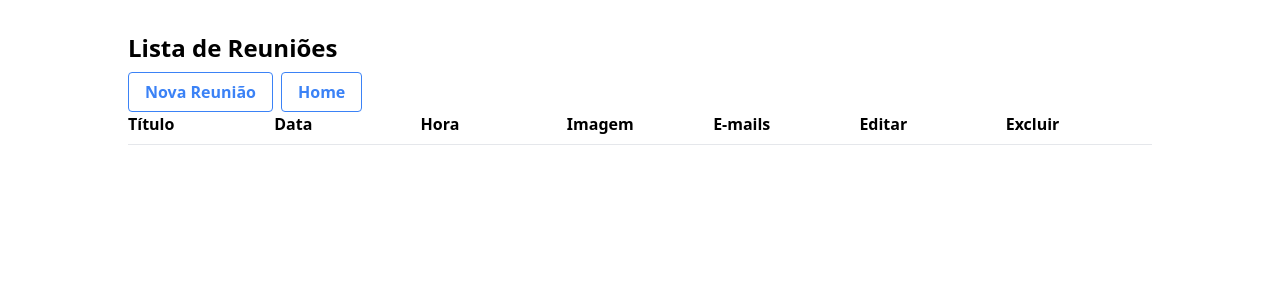
Repository: TamiBeira/meeting
Page: /meetings
These files come from the project's save history. The page is drawn as it stood at one moment and after the next save; the edit follows.
The browser window is 1280 px wide. The pictures show the whole page.
The project was rebuilt for these pictures with package versions that can differ from the ones it lists, and the page was loaded fresh each time. Also part of the build but not shown: vite.config.ts, src/contexts/FormContext.tsx, src/components/Form.tsx, src/components/HomePage.tsx.

Above is the page before, as saved 2024-02-26 23:40:50.

After the next save:
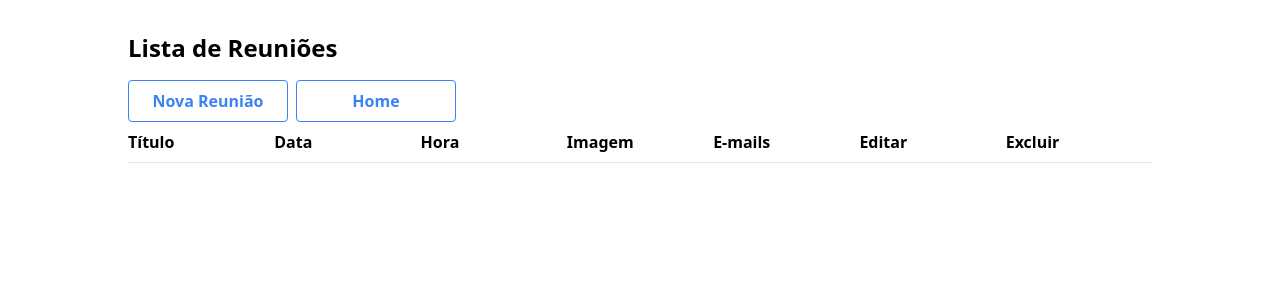
Saved 35 s later.
--- a/src/components/MeetingsView.tsx
+++ b/src/components/MeetingsView.tsx
@@ -31,8 +31,8 @@ export const MeetingsView: React.FC = () => {
     <div className="max-w-5xl mx-auto mt-8">
       <h2 className="text-2xl font-bold mb-4">Lista de Reuniões</h2>
       <div className="mt-4">
-      <Link to="/form" className="w-40 border border-solid border-blue-500 text-blue-500 font-bold mr-2 px-4 py-2 rounded">Nova Reunião</Link>
-      <Link to="/" className="w-40 border border-solid border-blue-500 text-blue-500 font-bold px-4 py-2 rounded">Home</Link>
+      <Link to="/form" className="w-40 inline-block text-center border border-solid border-blue-500 text-blue-500 font-bold mr-2 px-4 py-2 rounded">Nova Reunião</Link>
+<Link to="/" className="w-40 inline-block text-center border border-solid border-blue-500 text-blue-500 font-bold px-4 py-2 rounded">Home</Link>
       </div>
       <ul>
         <li className="border-b border-gray-200 py-2 flex sm:flex-row font-semibold">
